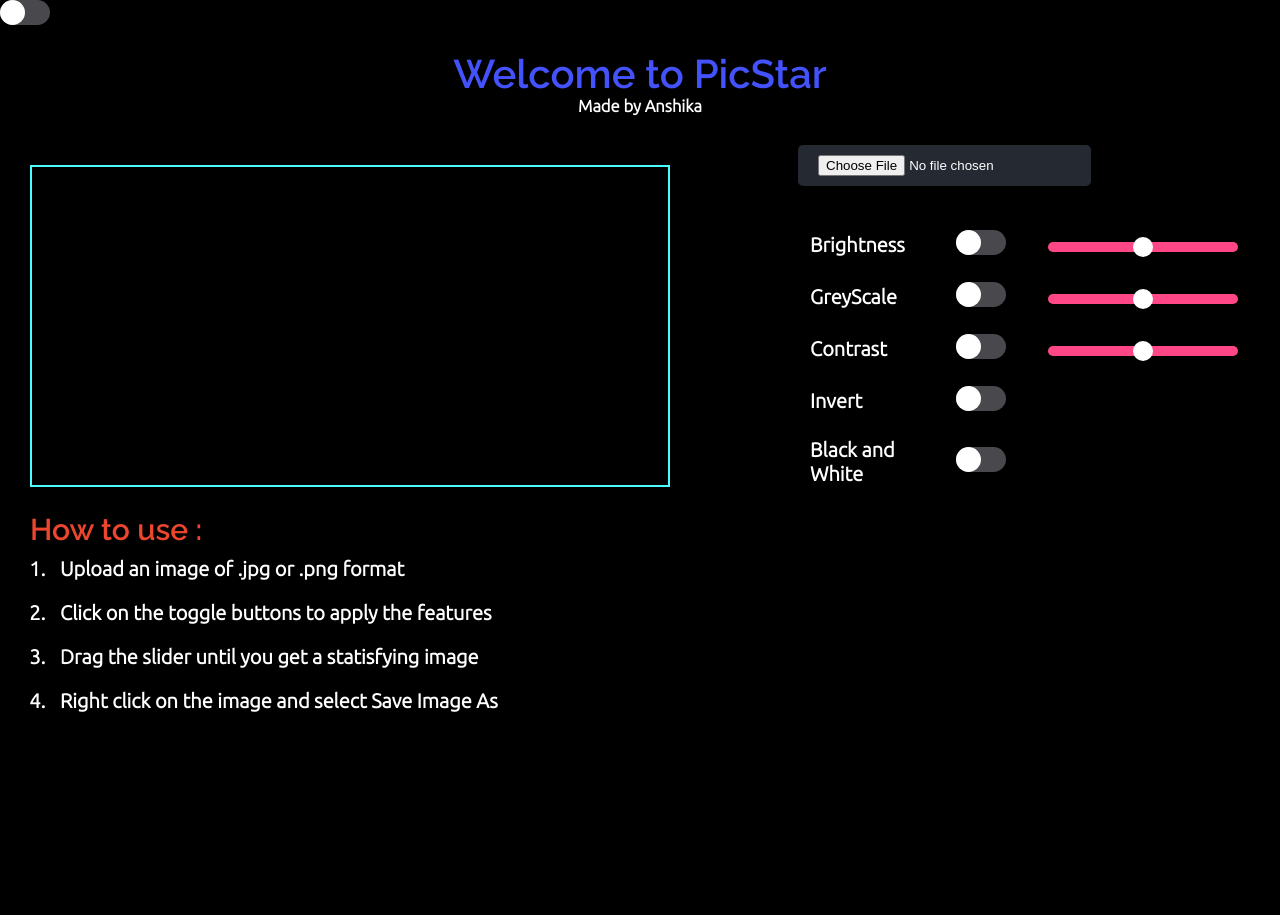
Repository: ANSHIKA1806/PICSTAR
Page: index.html
These files come from the project's save history. The page is drawn as it stood at one moment and after the next save; the edit follows.
The browser window is 1280 px wide. The pictures show the whole page.

Above is the page before, as saved 2021-10-08 20:42:43.

### index.html
<!DOCTYPE html>
<html lang="en">

<head>
	<link rel='icon' href='favicon.ico' type='image/x-icon' />
	<meta charset="UTF-8">
	<title>PicStar Image Editor</title>
	<link rel="stylesheet" href="./style.css">

</head>

<body>
	<input type="checkbox" class="theme"/>
	<!-- partial:index.partial.html -->
	<h1 id="main-heading">Welcome to PicStar</h1>
	<h5 id="heading-subtext">Made by Anshika</h5>


	<div class="editparts">

		<table>
			<tr>
				<input type="file" id="imageLoader" name="imageLoader" value="upload picture" />
			</tr>
			<tr>
				<td>Brightness</td>
				<td><input type="checkbox" id="bri_check" /></td>
				<td><input type="range" min="0" max="1" step="0.01" id="bright"></td>
			</tr>
			<tr>
				<td>GreyScale</td>
				<td><input type="checkbox" id="gre_check" /></td>
				<td><input type="range" min="0" max="3" step="0.3" id="greyscale"></td>
			</tr>
			<tr>
				<td>Contrast</td>
				<td><input type="checkbox" id="cont_check" /></td>
				<td><input type="range" min="0" max="500" step="1" id="contrast"></td>
			</tr>
			<tr>
				<td>Invert</td>
				<td><input type="checkbox" id="invert" /></td>
				<td></td>
			</tr>
			<tr>
				<td>Black and White</td>
				<td><input type="checkbox" id="bwhite"></td>
				<td></td>
			</tr>
		</table>
	</div>
	<canvas id="canvas"></canvas>
	<h3 id="instructions-heading">How to use : </h3>
	<h4 id="instructions">
		<ol>
			<li>Upload an image of .jpg or .png format</li>
			<li>Click on the toggle buttons to apply the features</li>
			<li>Drag the slider until you get a statisfying image</li>
			<li>Right click on the image and select Save Image As</li>
		</ol>
	</h4>
	<!-- partial -->
	<script src="./script.js"></script>

</body>

</html>

### style.css
@import url('https://fonts.googleapis.com/css2?family=Raleway:wght@600&display=swap');
@import url('https://fonts.googleapis.com/css2?family=Ubuntu:wght@300&display=swap');

::-webkit-scrollbar {
	display: none;
}


* {
	margin: 0;
	padding: 0;
	box-sizing: border-box;
}

* {
	outline: transparent;
	padding: 0;
	margin: 0;
	box-sizing: border-box;
}

body {
	background-color: rgb(0, 0, 0);
	color: #fff;
	font-family: 'Ubuntu', sans-serif;
	font-weight: bold;
	font-size: 20px;
}

#main-heading {
	font-family: 'Raleway', sans-serif;
	font-weight: 600;
	text-align: center;
	margin-top: 20px;
	color: rgb(68, 82, 251);
}

#heading-subtext {
	font-family: 'Ubuntu', sans-serif;
	text-align: center;
}

.editparts {
	width: 40%;
	float: right;
	padding: 30px;
	height: 800px;
}

#imageLoader {
	background-color: #252932;
	color: white;
}

canvas {
	border: 2px solid #4afcff;
	width: 50%;
	display: inline-block;
	margin-top: 50px;
	height: 40%;
	margin-left: 30px;
}

input[type="file"] {
	display: inline-block;
	margin-bottom: 30px;
	background-color: #fff;
	color: #252932;
	padding: 10px 20px;
	border-radius: 5px;
}

input[type="checkbox"] {
	position: relative;
	width: 50px;
	height: 25px;
	background-color: #49494d;
	appearance: none;
	-webkit-appearance: none;
	-moz-appearance: none;
	border-radius: 20px;
	transition: 0.5s;
	cursor: pointer;
	display: inline-block;
	margin-right: 20px;
}

input:checked[type="checkbox"] {
	background-color: #30fcff;
	outline: none;
	padding-left: 10px;
}

input[type="checkbox"]:before {
	content: '';
	width: 25px;
	height: 25px;
	border-radius: 50%;
	background-color: #fff;

	position: absolute;
	top: 0;
	left: 0;
	transition: 0.5s;
}

input:checked[type="checkbox"]:before {
	left: 25px;
	transition: 0.5s;
}

input[type="range"] {
	appearance: none;
	-webkit-appearance: none;
	-moz-appearance: none;
	width: 190px;
	height: 10px;
	background-color: #ff4787;
	border-radius: 20px;
	outline: transparent;
	cursor: pointer;
}

input[type="range"]::-webkit-slider-thumb {
	-webkit-appearance: none;
	appearance: none;
	width: 20px;
	height: 20px;
	background-color: #ffffff;
	cursor: pointer;
	border-radius: 100%;
	border: none;
	outline: transparent;

}

input[type="range"]::-moz-range-thumb {
	-moz-appearance: none;
	appearance: none;
	width: 20px;
	height: 20px;
	background-color: #e1a1ff;
	cursor: pointer;
	border-radius: 25%;
	border: none;
	outline: transparent;
	box-shadow: inset 0 0 5px rgba(0, 0, 0, 0.5);
}

tr td {
	padding: 10px;
}

#instructions-heading {
	font-family: 'Raleway', sans-serif;
	color: rgb(236, 70, 46);
	margin-top: 20px;
	margin-left: 30px;
	font-size: 30px;
}

#instructions {
	margin-left: 50px;
	font-size: 20px;
}

ol li {
	padding: 10px;
}

.theme {
	display: block;
	margin-right: 0;
}

### script.js
var bright = document.getElementById("bright");
			var bri_c = document.getElementById("bri_check");
			var scale = document.getElementById("greyscale");
			var gre_c = document.getElementById("gre_check");
			var cont = document.getElementById("contrast");
			var cont_ch = document.getElementById("cont_check");
			var invert = document.getElementById("invert");
			var bw = document.getElementById("bwhite");
			var ctx = document.getElementById("canvas").getContext("2d");
			var canvas = document.getElementById("canvas");

			var imageLoader = document.getElementById("imageLoader");
			imageLoader.addEventListener("change", handleImage);
			bright.addEventListener("change", brights);
			bri_c.addEventListener("click", brights);
			scale.addEventListener("change", brights);
			gre_c.addEventListener("click", brights);
			cont.addEventListener("change", brights);
			cont_ch.addEventListener("click", brights);
			invert.addEventListener("click", brights);
			bw.addEventListener("click", brights);


			var img, mydata;;
			function handleImage(e) {
				var reader = new FileReader();
				reader.onload = function(event) {
				img = new Image();
					img.onload = function() {
					canvas.width = img.width;
					canvas.height = img.height;
					ctx.drawImage(img, 0, 0);
					newImage = ctx.getImageData(0, 0, 800, 400);
					mydata = newImage.data;
					newImage.data = mydata;
					ctx.putImageData(newImage, 0, 0);
					};
				img.src = event.target.result;
				};
				if(e.target.id == "imageLoader"){
					reader.readAsDataURL(e.target.files[0]);
				}
			}




			function brights(){

				ctx.drawImage(img, 0, 0);
				newImage = ctx.getImageData(0,0,img.width,img.height);
				mydata = newImage.data;
				newImage.data = mydata;
				ctx.putImageData(newImage, 0, 0);

				//start brightness
				if(bri_c.checked == true){
					for(var i = 0;i<mydata.length;i+=4){
						mydata[i] 	= mydata[i]   * bright.value;
						mydata[i+1] = mydata[i+1] * bright.value;
						mydata[i+2] = mydata[i+2] * bright.value;
					}
				}
				//End brightness

			//start greyscale
				if(gre_c.checked == true){
					for(var i = 0;i<mydata.length;i+=4){
						var grey = (mydata[i] + mydata[i+1] + mydata[i+2]) / scale.value;
						mydata[i] 	= grey;
						mydata[i+1] = grey;
						mydata[i+2] = grey;
					}
				}
			//end grey scale

			//start Contrast
				if(cont_ch.checked == true){
					for(var i = 0;i<mydata.length;i+=4){
						var factor = (259 * (cont.value + 255)) / (255 * (259 - cont.value));
						mydata[i] 	= factor * (mydata[i] - 128) + 128;
						mydata[i+1] = factor * (mydata[i+1] - 128) + 128;
						mydata[i+2] = factor * (mydata[i+2] - 128) + 128;
					}
				}
			//end Contrast

			//start invert picture
				if(invert.checked == true){
					for(var i = 0;i<mydata.length;i+=4){
						mydata[i] 	= 255 - mydata[i];
						mydata[i+1] = 255 - mydata[i+1];
						mydata[i+2] = 255 - mydata[i+2];
					}
					newImage.data = mydata;
					ctx.putImageData(newImage,0,0);
				}
			//End invert picture

			//start B/W picture
				if(bw.checked == true){
					for(var i = 0;i< mydata.length;i+=4){
						var grey = (mydata[i] + mydata[i+1] + mydata[i+2]) / 3;
						if(grey < 128){
							mydata[i] = mydata[i+1] = mydata[i+2] = 0;
						}else{
							mydata[i] = mydata[i+1] = mydata[i+2] = 255;
						}
					}
				newImage.data = mydata;
				ctx.putImageData(newImage,0,0);
				}
			//End B/W picture
			newImage.data = mydata;
			ctx.putImageData(newImage,0,0);
			}
						/*End Editing Function*/

After the next save:
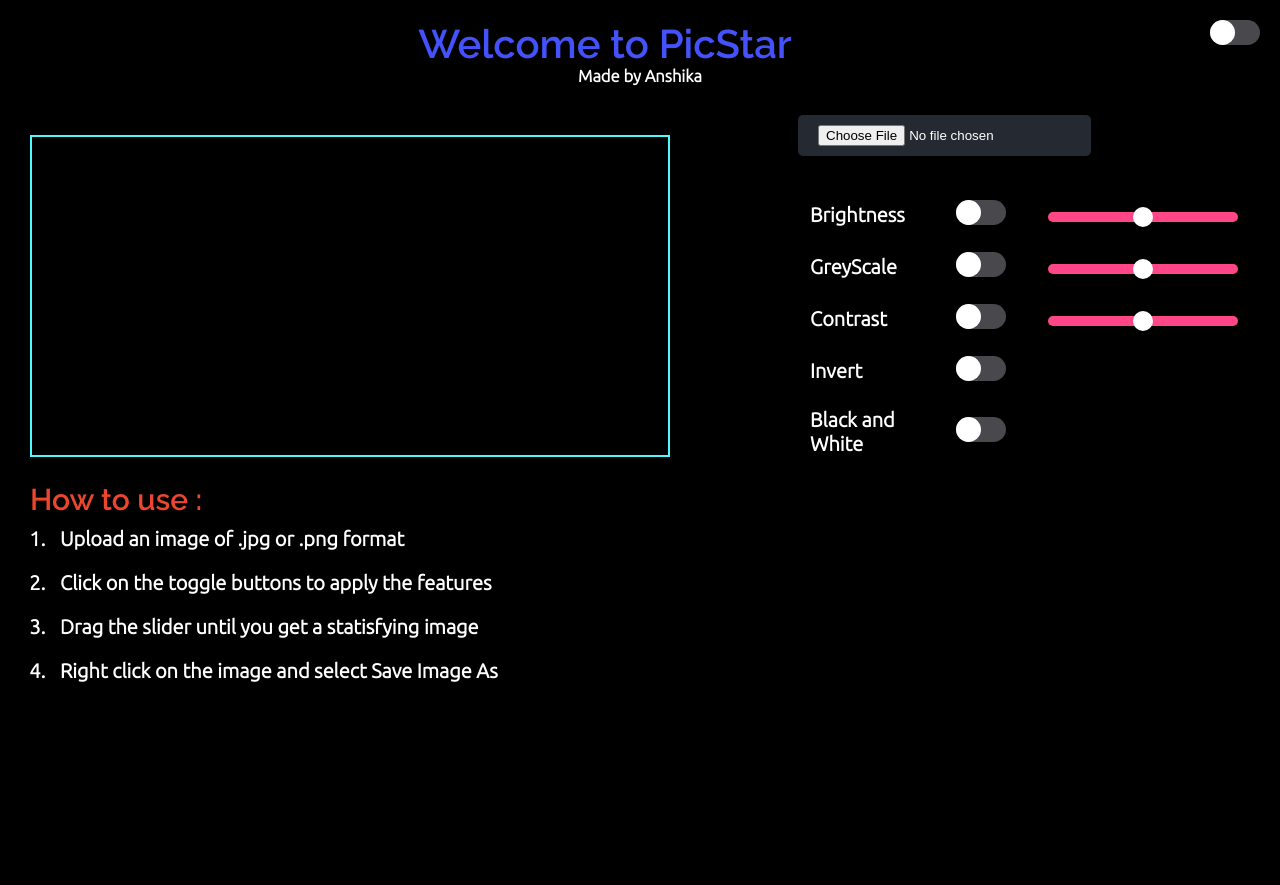
Saved 47 s later.
--- a/style.css
+++ b/style.css
@@ -169,6 +169,7 @@ ol li {
 }
 
 .theme {
-	display: block;
+	float: right;
+	clear: both;
 	margin-right: 0;
 }
